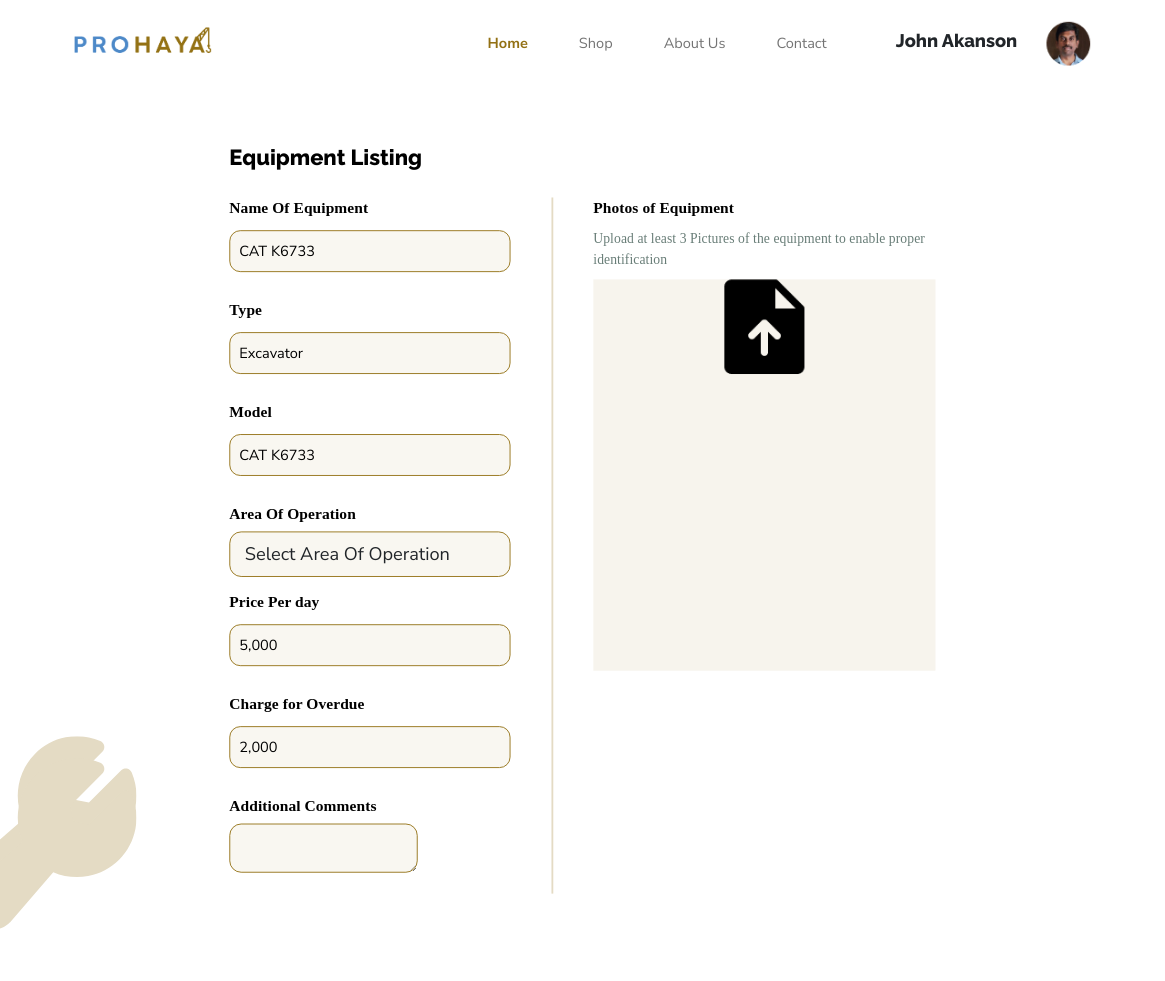
Repository: stormcelltech/Prohaya-UI
Page: Prohaya-UI/equipment_listing.html
The author's editor kept a copy of each file at every save. The page is drawn from the files as they stood at one save, then again after the next save.
The browser window is 1280 px wide. The pictures show the whole page, at 91% of full size.
Some web libraries are served in a nearby version.

Above is the page before, as saved 2022-04-14 04:25:46.
Console error: TypeError: $(...).owlCarousel is not a function

After the next save:
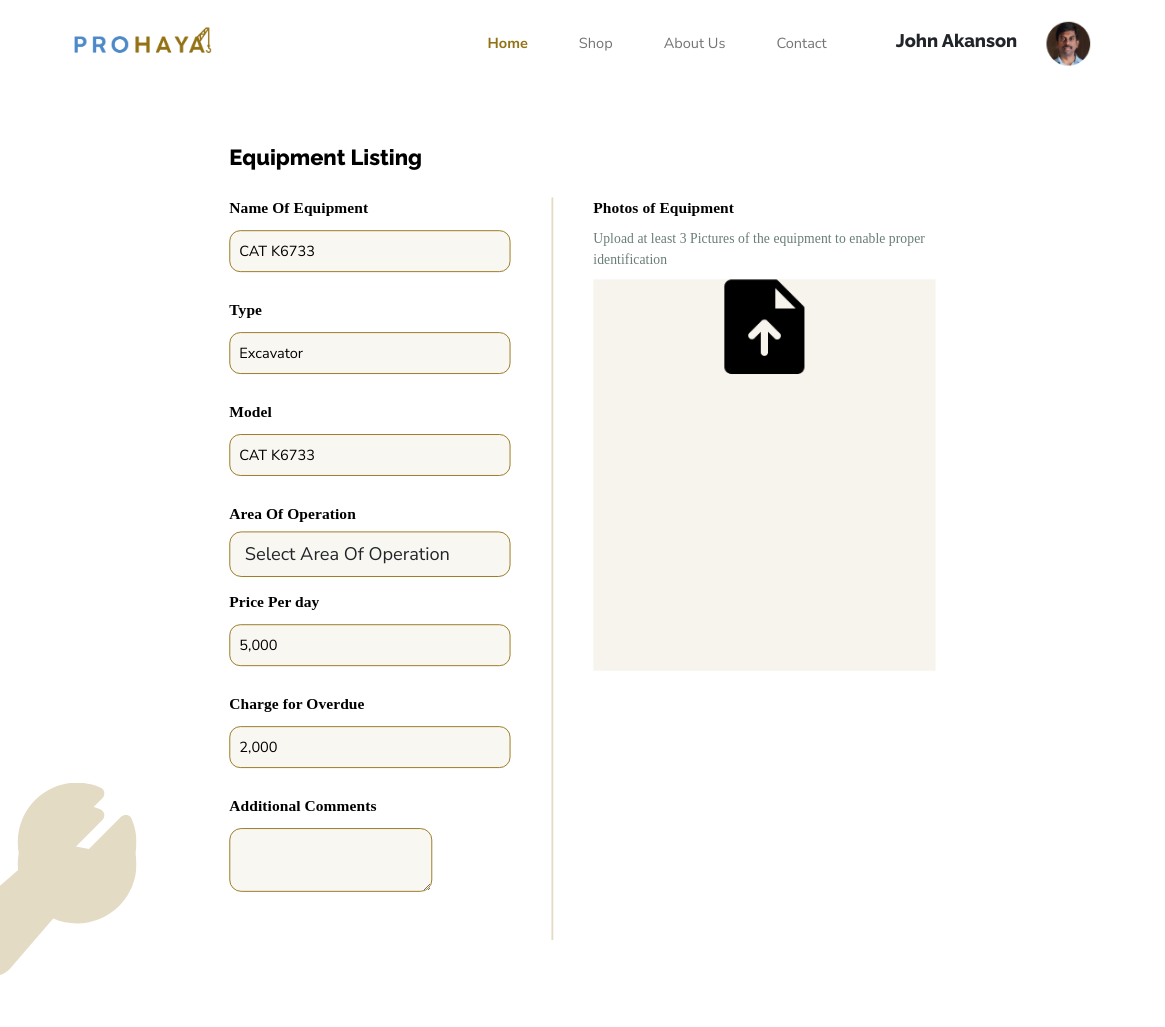
Saved 63 s later.
--- a/Prohaya-UI/equipment_listing.html
+++ b/Prohaya-UI/equipment_listing.html
@@ -96,7 +96,7 @@
                             </div>
                             <div class="mb-3">
                                 <label for="exampleFormControlInput1" class="form-label custom-labels">Additional Comments</label>
-                                <textarea name="" id=""  rows="2" class="custom-textarea"></textarea>
+                                <textarea name="" id=""  rows="2" class="custom-textarea custom-input"></textarea>
                                 <!-- <input type="text" class="form-control custom-input" id="exampleFormControlInput1" placeholder="CAT K6733"> -->
                             </div>
 
